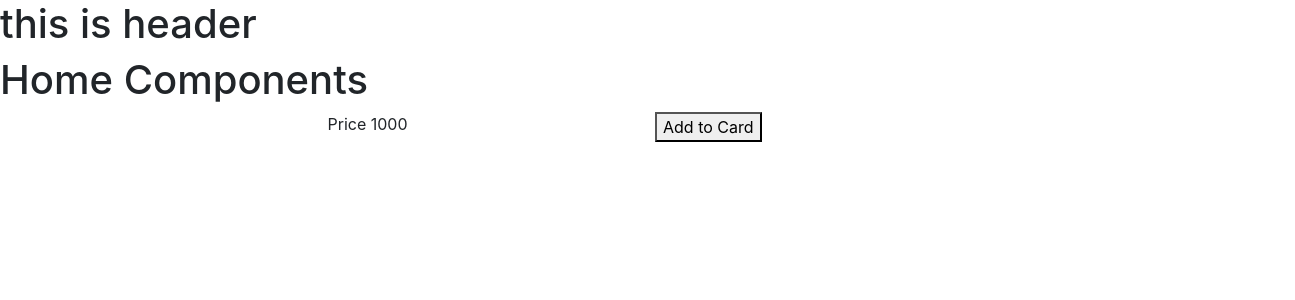
Repository: lalji-yadav/Redux-add-and-remove-item-in-cart-and-HOC-Example-
Page: /
An editor plug-in stored every save of this project. The page is shown before and after the next save, followed by the edit.
The browser window is 1280 px wide. The page is 1295 px wide, so the pictures cover 1295 px, including what lies to the right of the window. The pictures show the whole page.
The project was rebuilt for these pictures with package versions that can differ from the ones it lists, and the page was loaded fresh each time.

Above is the page before, as saved 2021-01-15 17:34:39.

### src/index.js
import React from 'react';
import ReactDOM from 'react-dom';
import './index.css';
import App from './App';
import reportWebVitals from './reportWebVitals';
import 'bootstrap/dist/css/bootstrap.min.css';

//
import { createStore } from "redux";
import { Provider } from "react-redux";
import rootReducer from "./Services/Reducers/index";
const store=createStore(rootReducer)
// console.warn('Store data', store);
//

ReactDOM.render(
  // <React.StrictMode>
  //   <App />
  // </React.StrictMode>,
  <Provider store={store}>
    <App />
  </Provider>,
  document.getElementById('root')
);

// If you want to start measuring performance in your app, pass a function
// to log results (for example: reportWebVitals(console.log))
// or send to an analytics endpoint. Learn more: https://bit.ly/CRA-vitals
reportWebVitals();

### src/App.js
// import logo from './logo.svg';
// import './App.css';
// import Clickbuttoncount from "./HOC/clickbuttoncount";
// import Hoverclickcount from "./HOC/hoverclickcount";

// import Home from "./components/home";
import Homecontainer from "./containers/homeContainer";
import HeaderContainer from "./containers/headerContainer";

function App() {
  return (
    <div>

      {/* <Clickbuttoncount /> <br /> <br />

      <Hoverclickcount /> */}

      {/* <Home /> */}
      <HeaderContainer />
      <Homecontainer />

    </div>
  );
}

export default App;

### src/Services/Reducers/index.js
import { combineReducers } from "redux";
import cardItems from "./reducer";

 export default combineReducers({
    cardItems
})

### src/containers/homeContainer.js
import {connect} from 'react-redux'

import Home from "../components/home";
import { addToCart } from "../Services/Action/action";



const mapStateToProps=(state)=>({
       data:state.cardItems
})
const mapDispatchToProps=dispatch=>({
    addToCartHandler:data=>dispatch(addToCart(data))
})

export default connect(mapStateToProps,mapDispatchToProps)(Home)

//export default Home;

### src/containers/headerContainer.js
import {connect} from 'react-redux'
import Header from '../components/header';

// import { addToCart } from "../Services/Action/action";



const mapStateToProps=(state)=>({
       data:state.cardItems
})
const mapDispatchToProps=dispatch=>({
    //addToCartHandler:data=>dispatch(addToCart(data))
})

export default connect(mapStateToProps,mapDispatchToProps)(Header)

//export default Home;

### src/Services/Reducers/reducer.js
import {ADD_TO_CART} from "../constants";

const initialState ={
    cardData: []
}
export default function CardItem(state= [], action) {
    switch(action.type) {
        case ADD_TO_CART:
        console.log('reducer',action)
        return [
            ...state,
            {cardData: action.data}
        ]
        default:
            return state
    }

}

// import { ADD_TO_CART } from '../constants'
// const initialState = {
//     cardData: []
// }
// export default function cardItems(state = [], action) {
//     switch (action.type) {
//         case ADD_TO_CART:
//             // console.warn("reducer",action)
//             return [
//                 ...state,
//                 {cardData: action.data}
//             ]
//         default:
//             return state
//     }


// }

### src/components/home.js
import React from 'react';

function Home(props) {

      console.warn('Props',props.data)

        return (
            <div className={{margin:"2%", border:"1px solid red"}}>

                <h1> Home Components  </h1>

                <div className="row">
                    <div className="col-sm-3">

                    </div>

                    <div className="col-sm-3">

                        {/* <h5> {props.data.length} </h5> */}

                        <p>Price 1000</p>

                    </div>

                    <div className="col-sm-3">

                        <button onClick={()=>
                            props.addToCartHandler({price:1000,  name:'Anubhav kumar Yadav'})} > Add to Card </button>

                    </div>

                    <div className="col-sm-3">

                    </div>

                </div>



            </div>
        );
    }


export default Home;

### src/Services/Action/action.js
import {ADD_TO_CART} from "../constants";

export const addToCart=(data)=> {

    console.warn('action', data);
    return {
        type:ADD_TO_CART,
        data:data
    }
}

// export const removeToCart=(data)=> {
//     return {
//         type:'REMOVE_TO_CART',
//         data:data
//     }
// }

### src/components/header.js
import React from 'react';

const Header=(props)=> {

    console.warn('Header',props)

        return (
            <div>
                <h1> this is header  </h1>
            </div>
        );
    }

export default Header;

### src/Services/constants.js
export const ADD_TO_CART="ADD_TO_CART"

Loaded but not shown: public/index.html (common file); src/index.css (common file); src/reportWebVitals.js (common file)

After the next save:
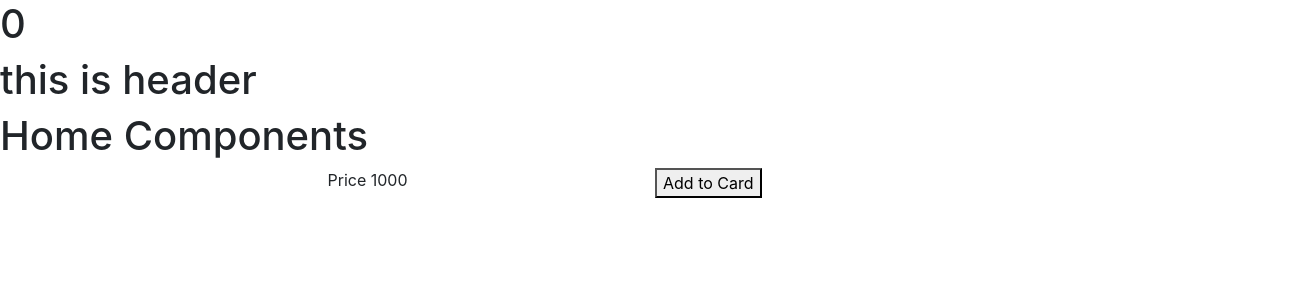
Saved 36 s later.
--- a/src/components/header.js
+++ b/src/components/header.js
@@ -6,6 +6,7 @@ const Header=(props)=> {
 
         return (
             <div>
+                <h1>{props.data.length}</h1>
                 <h1> this is header  </h1>
             </div>
         );
